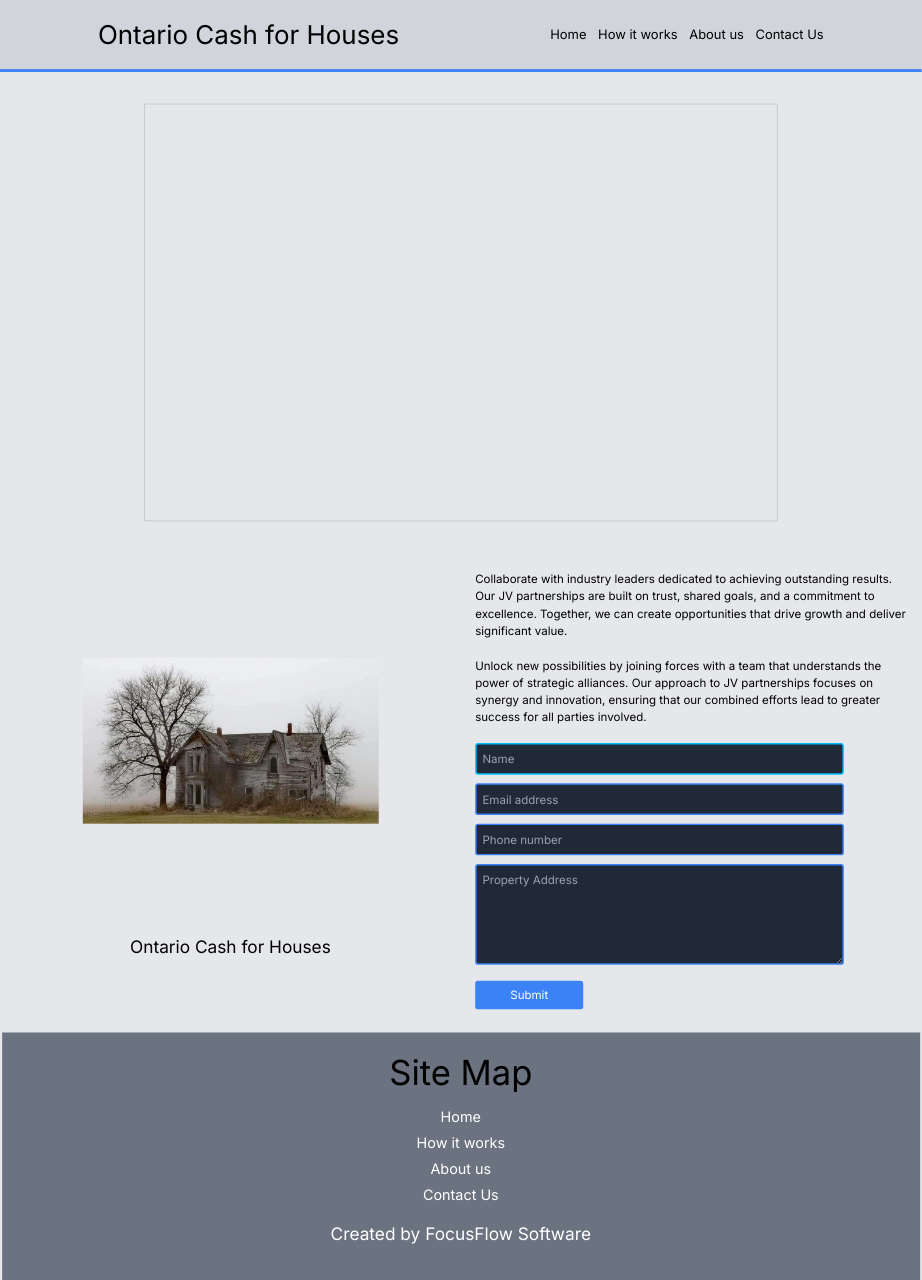
Repository: TMuse333/cash-for-homes
Page: /jv-partners (app in frontend/)
An editor plug-in stored every save of this project. The page is shown before and after the next save, followed by the edit.
The browser window is 1280 px wide. The pictures show the whole page, at 72% of full size.
The project was rebuilt for these pictures with package versions that can differ from the ones it lists, and the page was loaded fresh each time. The framework's server and built-in components were replaced by stand-ins that run in the browser. Also part of the build but not shown: frontend/next.config.mjs.

Above is the page before, as saved 2024-09-04 14:12:33.

### frontend/src/app/layout.tsx

import { AppProvider } from "@/context/context";
import type { Metadata } from "next";
import { Inter } from "next/font/google";
import "./globals.css";

const inter = Inter({ subsets: ["latin"] });

export const metadata: Metadata = {
  title: "Ontario Cash For Houses",
  description: "We Buy Houses in ANY Condition. And We Can Close In LESS Than 7-30 Days From Today",
};

export default function RootLayout({
  children,
}: Readonly<{
  children: React.ReactNode;
}>) {
  return (



    <html lang="en">
<AppProvider>


      <body className={inter.className}>{children}</body>
      </AppProvider>
    </html>

  );
}

### frontend/src/app/jv-partners/page.tsx
"use client"
import ContactForm from "@/components/contactForm"
import Navbar from "@/components/navbar"
import React from "react"
import { accordionProps, jvParallaxContent } from "@/data/data"
import { TextParallaxContentExample } from "@/components/parallaxText"
import Footer from "@/components/footer"
import Accordion from "@/components/accordion"
import Content2 from "@/components/content2"
import jv from '../../public/jv-partners.webp'
const Partners = () => {

    const links = [
        {
            name:'Home',
            destination:'/',
            hasScroll:false
          },
        {
          name:'How it works',
          destination:'process',
          hasScroll:false
        },

        {
          name:'About us',
          destination:'about',
          hasScroll:false
        },
        {
          name:'Contact Us',
          destination:'contact'
        }
      ]

    return <>
    <Navbar links={links}
    />
    <main className="w-screen
    mt-[8rem] bg-gray-200">

      <Content2
      im
      />
        {/* <TextParallaxContentExample
        {...jvParallaxContent}
        /> */}

        <ContactForm/>



        <Footer
        links={links}/>


    </main>
    </>
}


export default Partners

### frontend/src/context/context.tsx
"use client"
import React, { createContext, useState, useContext, ReactNode, useEffect } from 'react';

interface AppContextType {

  isMobile:boolean,
  setIsMobile:React.Dispatch<React.SetStateAction<boolean>>
  textYPosition:number
  setTextYPosition:React.Dispatch<React.SetStateAction<number>>
  applicationFormState: Record<string, string>;
  setApplicationFormState: React.Dispatch<React.SetStateAction<Record<string, string>>>;
  loggedIn:boolean,
  setLoggedIn:React.Dispatch<React.SetStateAction<boolean>>
}

// Create the context
export const AppContext = createContext<AppContextType | undefined>(undefined);

// Create a provider component
export const AppProvider: React.FC<{ children: ReactNode }> = ({ children }) => {
  // Initialize state for login and user status


  const [isMobile, setIsMobile] = useState(false)
  const [applicationFormState, setApplicationFormState] = useState<Record<string, string>>({});
  const [loggedIn, setLoggedIn] = useState(false)


  useEffect(()=>{
    const handleScroll = () => {
      setIsMobile(window.innerWidth <= 655)
    }
    window.addEventListener('scroll',handleScroll)

    handleScroll()

    return () => {
      window.removeEventListener('scroll',handleScroll)
    }
  },[])


  const [textYPosition, setTextYPosition] = useState(0)

   const contextValue = {
    isMobile,
    setIsMobile,
    textYPosition,
    setTextYPosition,
    applicationFormState,
    setApplicationFormState,
    loggedIn, setLoggedIn
   }


  return <AppContext.Provider value={contextValue}>{children}</AppContext.Provider>;
};

// Custom hook to use context
export const useAppContext = (): AppContextType => {
  const context = useContext(AppContext);
  if (!context) {
    throw new Error('useAppContext must be used within an AppProvider');
  }
  return context;
};

### frontend/src/app/globals.css
@tailwind base;
@tailwind components;
@tailwind utilities;

:root {
  --foreground-rgb: 0, 0, 0;
  --background-start-rgb: 214, 219, 220;
  --background-end-rgb: 255, 255, 255;
  background-color: #e5e7eb;

}

@media (prefers-color-scheme: dark) {
  :root {
    --foreground-rgb: 255, 255, 255;
    --background-start-rgb: 0, 0, 0;
    --background-end-rgb: 0, 0, 0;
  }

}



body {
  color: rgb(var(--foreground-rgb));
  background: linear-gradient(
      to bottom,
      transparent,
      rgb(var(--background-end-rgb))
    )
    rgb(var(--background-start-rgb));



}

@layer utilities {
  .text-balance {
    text-wrap: balance;
  }
}

### frontend/src/components/contactForm.tsx


// Assuming you're using TypeScript, ensure the imports and types are correct
import React, { useState, ChangeEvent, FormEvent } from 'react';
import Image from 'next/image';
import { motion } from 'framer-motion';
import logo from '../../public/abandoned-home.webp';
import axios from 'axios';
import logo2 from '../../public/gemeni-canadian.jpg'

const ContactForm = () => {
    const [formData, setFormData] = useState({
        name: '',
        email: '',
        phone:'',
        projectDetails: '',
    });

    const [error, setError] = useState<string | null>(null);
    const [success, setSuccess] = useState<string | null>(null);


    const handleChange = (e: ChangeEvent<HTMLInputElement | HTMLTextAreaElement>) => {
        const { name, value } = e.target;
        setFormData({
            ...formData,
            [name]: value,
        });
    };

    const handleSubmit = async (e: React.FormEvent) => {
        e.preventDefault();

        try {
            const response = await axios.post('/api/sendEmail', {
                name: formData.name,
                email: formData.email,
                phone: formData.phone,
                projectDetails: formData.projectDetails,
            });
            console.log(response.data);
            alert('Form submitted successfully!');
            setFormData({ name: '', email: '', phone: '', projectDetails: '' });
        } catch (error) {
            console.error('Error submitting form:', error);
            alert('Failed to submit form.');
        }
    };


    const tenets = [
        'Creativity',
        'Speed',
        'Discipline',
        'Tenacity',
    ];

    return (
        <section className='flex overflow-x-hidden justify-center items-center bg-gray-200
        text-black mb-8 max-w-[1300px] mx-auto'>
            <div className='hidden sm:block sm:w-[50vw] ml-auto mr-auto flex flex-col items-start
            self-start
            '>
                <Image
                    src={logo}
                    alt="Jv Partner home"
                    className='w-[45vw] ml-auto mr-auto
                     max-w-[411px] object-contain
                     h-[40vw] mb-auto'
                />
                {/* <ul className='text-center'>
                    {tenets.map((tenet, index) => (
                        <motion.li
                            key={index}
                            initial={{
                                opacity: 0,
                                x: index % 2 === 0 ? 100 : -100,
                            }}
                            animate={{
                                opacity: 1,
                                x: 0,
                                transition: {
                                    delay: index * 0.4,
                                },
                            }}
                            className='text-white mb-1'
                        >
                            {tenet}
                        </motion.li>
                    ))}
                    <motion.li
                        initial={{ opacity: 0 }}
                        animate={{
                            opacity: 1,
                            transition: { delay: tenets.length * 0.4 },
                        }}
                        className='text-2xl text-[#00bfff]'
                    >
                        We will get it done
                    </motion.li>
                </ul> */}
                <p className='ml-auto mr-auto mt-4
                text-center text-lg sm:text-2xl'>Ontario Cash for Houses</p>
            </div>
            <div className='w-[90vw] ml-auto mr-auto sm:w-[50vw]'>
                <Image
                    src={logo2}
                    alt="Cash for houses"
                    className='w-[90vw] object-cover ml-auto mr-auto sm:hidden
                    max-h-[590px]
                    max-w-[445px]'
                />
                <section className='w-[90%] sm:w-auto mt-5 mr-auto max-w-[600px]
                md:mx-auto '>
                    <p>
                    Collaborate with industry leaders dedicated to achieving outstanding results. Our JV partnerships are built on trust, shared goals, and a commitment to excellence. Together, we can create opportunities that drive growth and deliver significant value.
                    </p>
                    <br />
                    <p>
                    Unlock new possibilities by joining forces with a team that understands the power of strategic alliances. Our approach to JV partnerships focuses on synergy and innovation, ensuring that our combined efforts lead to greater success for all parties involved.
                    </p>

                <form onSubmit={handleSubmit} className='w-[90vw] mt-5 ml-auto mr-auto flex flex-col justify-center items-center'>
                    <label className='mb-2 w-[90vw] max-w-[600px] mr-auto'>
                        <input
                            type='text'
                            name='name'
                            value={formData.name}
                            onChange={handleChange}
                            className='border-2 w-full sm:w-[40vw] ml-auto mr-auto border-[#00bfff] p-2 rounded mt-1 bg-gray-800
                            max-w-[600px] md:mr-auto'
                            required
                            placeholder='Name'
                        />
                    </label>
                    <label className='mb-2 w-[90vw] sm:w-[40vw] mr-auto max-w-[600px] mr-auto max-w-[600px] mr-auto'>
                        <input
                            type='email'
                            name='email'
                            value={formData.email}
                            onChange={handleChange}
                            className='border-2 w-full mr-auto border-blue-500 p-2 rounded mt-1 bg-gray-800
                            max-w-[600px] mx-auto md:mr-auto'
                            required
                            placeholder='Email address'
                        />
                    </label>
                    <label className='mb-2 w-[90vw] max-w-[600px] mr-auto'>
                        <input
                            type='text'
                            name='phone'
                            value={formData.phone}
                            onChange={handleChange}
                            className='border-2 w-full sm:w-[40vw] ml-auto mr-auto border-blue-500 p-2 rounded mt-1 bg-gray-800
                            max-w-[600px] mr-auto'
                            required
                            placeholder='Phone number'
                        />
                    </label>
                    <label className='w-full sm:w-[40vw] mr-auto max-w-[600px] mr-auto'>
                        <textarea
                            name='projectDetails'
                            value={formData.projectDetails}
                            onChange={handleChange}
                            className='border-2 w-full border-blue-500 p-2 rounded mt-1 bg-gray-800'
                            rows={5}
                            required
                            placeholder='Property Address'
                        />
                    </label>
                    {/* <p className='w-[90%] sm:w-[45vw] mt-4 mr-auto'>
                        The laws of physics state that for every action, there is an equal and opposite reaction.
                        <br /> Use this law to create the reality you desire.
                    </p> */}
                    <button
                        type='submit'
                        className='bg-blue-500 w-[150px] mr-auto text-white p-2 rounded mt-4 hover:bg-green-500 sm:ml-0
                        transition-colors'
                    >
                        Submit
                    </button>
                </form>
                </section>
            </div>
        </section>
    );
};

export default ContactForm;

### frontend/src/components/navbar.tsx

"use client"
import React, { useState } from "react";
import Link from 'next/link'

interface NavbarProps {
    links: {
        name: string,
        destination: string
    }[]
    relative?:boolean
}

const Navbar: React.FC<NavbarProps> = ({ links,relative }) => {
    const [subMenuClicked, setSubMenuClicked] = useState(false);

    function handleSubmenuClick() {
        setSubMenuClicked(!subMenuClicked);
    }

    return (
        <nav className={` top-0 z-20 w-screen left-0 bg-gray-300 h-[100px]
         flex justify-between items-center border-b-4 border-blue-500 text-gray-500
          z-[100] text-black ${relative ? 'relative' : 'fixed'}`}>
            <div className="relative flex justify-between
             items-center  w-screen lg:w-[80vw] max-w-[1300px] lg:justify-between lg:items-stretch
            z-[100]  ml-auto mr-auto">
                <Link href='/'>


                <p className="ml-2 text-sm mt-auto mb-auto  lg:text-4xl mr-auto lg:mr-0 pl-6 lg:pl-0 text-black
                ">Ontario Cash for Houses</p>
                </Link>
                <div
                    className={`absolute right-[5%] top-1/2 flex flex-col justify-center items-center lg:relative lg:top-auto lg:right-auto`}
                    onClick={handleSubmenuClick}
                >
                    <div className="   lg:hidden w-[140px] lg:w-auto flex flex-col justify-center items-center">
                        <div className="h-[3px] bg-gray-500 w-[20px] mb-1" />
                        <div className="h-[3px] bg-gray-500 w-[20px] mb-1" />
                        <div className="h-[3px] bg-gray-500 w-[20px]" />
                    </div>
                    <ul
                        className={`text-left bg-gray-200 fixed right-[5%] top-[70px] overflow-hidden
                         transition-[height] flex flex-col items-center text-white

                          justify-center rounded-lg w-[140px]
                           lg:bg-transparent lg:w-auto lg:relative lg:overflow-auto
                           lg:top-auto lg:right-auto lg:flex-row
                           text-center
                            ${subMenuClicked ? `h-[175px] p-0
                            border-l-4
                         border-b-4 border-r-4 border-gray-500` : 'h-[0px] p-0 lg:h-auto'}
                         lg:border lg:border-none`}
                    >
                        {links.map((link, index) => (
                            <Link key={index} href={link.destination}>
                                <li className="text-md lg:text-lg mb-2
                                 pl-2 pr-2 lg:mb-0 text-black
                                 hover:text-blue-500 ">{link.name}</li>
                            </Link>
                        ))}
                    </ul>
                </div>
            </div>
        </nav>
    );
};

export default Navbar;

### frontend/src/components/footer.tsx
import React, {useEffect, useState} from 'react';
import Link from 'next/link';
import { motion, useMotionTemplate, useMotionValue,
    animate } from "framer-motion";
// import ScrollButton from './scrollButton';


interface links {
    links:{
        name:string,
        destination:string,
        hasScroll?:boolean
    }[]


}

// interface FooterLink {
//     title: string;
//     links: Link[];
// }

// interface FooterProps {
//     links: FooterLink[];
// }

const colors = [
    "#0080ff", // Slightly darker shade of blue
    "#00ccff", // Lighter shade of blue
    "#7f5af0", // Slight purple shade
    "#d8a5ff", // Lighter shade of the slight purple
  ];


const Footer:React.FC<links> = ({links}) => {

    const color = useMotionValue(colors[0])

    // const pColor = useMotionTemplate`${color}`

    const backgroundColor = useMotionTemplate`${color}`

    const boxShadow = useMotionTemplate`0px 4px 24px ${color}`

    const [hovered, setHovered] = useState(false)

    const handleMouseEnter = () => {
        setHovered(true)
    }

    const handleMouseLeave = () => {
        setHovered(false)
    }

            useEffect(()=> {
                animate(color, colors, {
                    ease: 'easeInOut',
                    duration:10,
                    repeat:Infinity,
                    repeatType: 'mirror'

               })
            },[])


  return (
    <>
    <footer className='w-[calc(100vw-5px)]
      relative
  pb-12
      ml-auto mr-auto
      text-center
     bg-gray-500
    '>
      <div className="
      pt-8
      w-[screen] md:w-[50vw] max-w-[700px] ml-auto mr-auto flex flex-col
       ">
        <h2 className='
        text-4xl sm:text-5xl
        mb-4   white font-caveat'>
            Site Map
        </h2>


        {links.map((link,index) => (
             <React.Fragment
             key={index}>



                <Link key={index}
                href={link.destination}
                passHref>
                     <p className='mt-2 text-white hover:text-[#00bfff] md:text-xl hover:text-gold
                '>{link.name}</p>
                </Link>



</React.Fragment>


        ))}






      </div>

      <section className='flex flex-col
       items-center justify-center
     '>

<Link href='https://www.focusflowsoftware.com'>
<p className='mt-6
      sm:text-2xl text-white
      hover:text-[#00bfff]'>Created by FocusFlow Software</p>
</Link>

      {/* <Link
            to='https://q3designs.netlify.app'
            >
                <motion.p
                onMouseEnter={handleMouseEnter}
                onMouseLeave={handleMouseLeave}

                style={{
                    boxShadow: hovered ? boxShadow : "none",
                    backgroundColor: hovered ? 'white' : "transparent",
                    color:backgroundColor,
                }}
                className='w-[200px] ml-auto mr-auto mb-5 mt-5 p-3 rounded-xl
                '   >
                Created by Q3 Designs
                </motion.p>

            </Link> */}
            </section>
    </footer>

    </>
  );
};

export default Footer;

### frontend/src/components/content2.tsx
import { StaticImageData } from "next/image";
import React from "react";
import Image from 'next/image'



interface Content2Props {
    title:string,
    image:StaticImageData,
    alt:string,
    description:string
    bg?:string
}



const Content2:React.FC<Content2Props> = (
    {title, image, alt, description,bg}
) => {



    return (
        <section className={`w-screen overflow-x-hidden ${bg ? `${bg}` : ''}
        bg-gradient-to-ttr from-blue-400 via-blue-200 to-blue-100
        mb-[2rem]`
        }>
            <p className="text-4xl mt-4 mb-4 text-center text-black

            ">
                {title}
            </p>
            <Image className='ml-auto mr-auto h-[60vw]
            w-[80vw] object-cover max-h-[580px] max-w-[880px]'
            src={image}
            alt={alt}/>

            <p className="mt-4 mb-4 text-black w-[90vw] ml-auto mr-auto
            sm:text-lg
            max-w-[1000px]">{description}</p>





        </section>
    )
}

export default Content2

Loaded but not shown: frontend/tailwind.config.ts (common file)

After the next save:
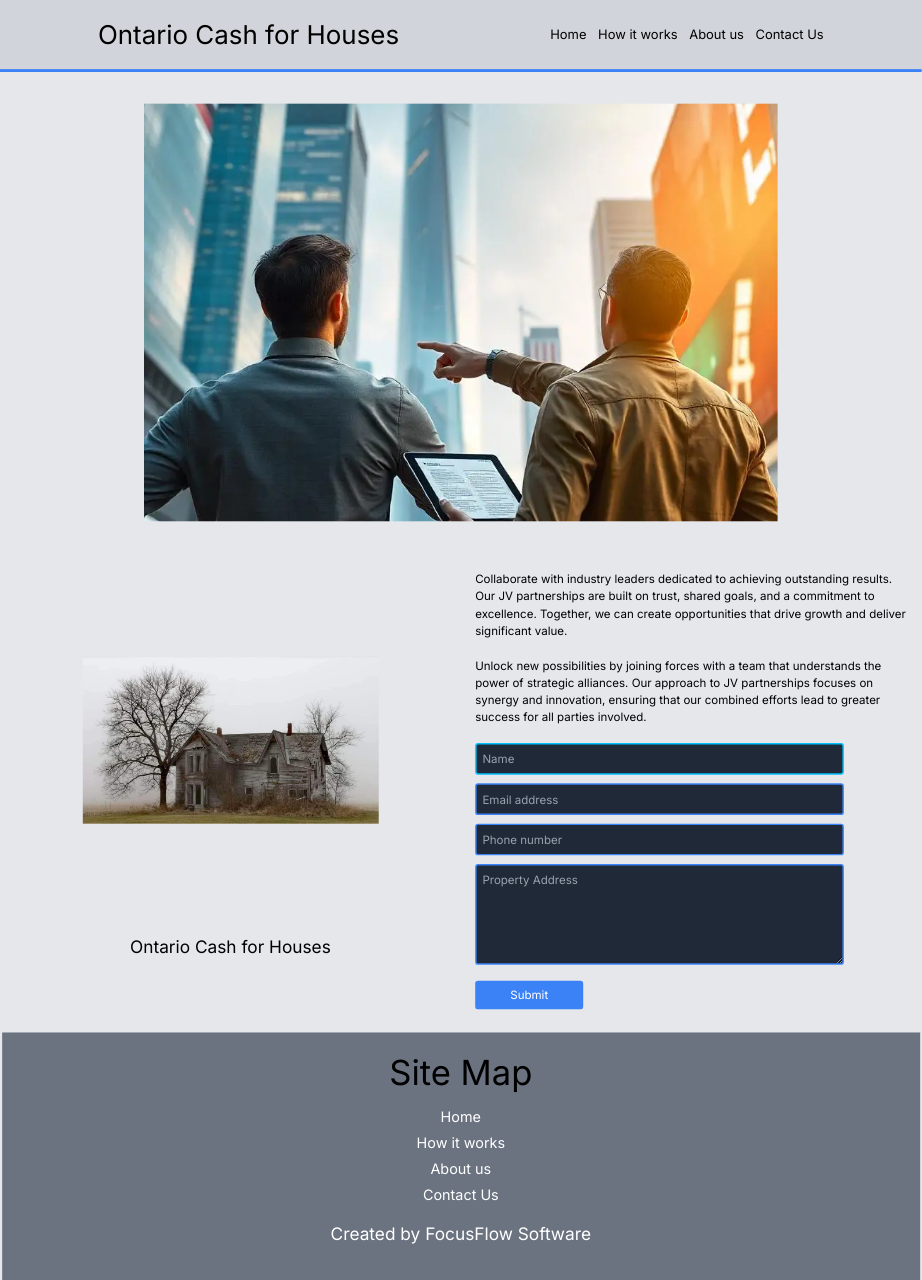
Saved 8 s later.
--- a/frontend/src/app/jv-partners/page.tsx
+++ b/frontend/src/app/jv-partners/page.tsx
@@ -40,7 +40,7 @@ const Partners = () => {
     mt-[8rem] bg-gray-200">
 
       <Content2
-      im
+      image={jv}
       />
         {/* <TextParallaxContentExample
         {...jvParallaxContent}
